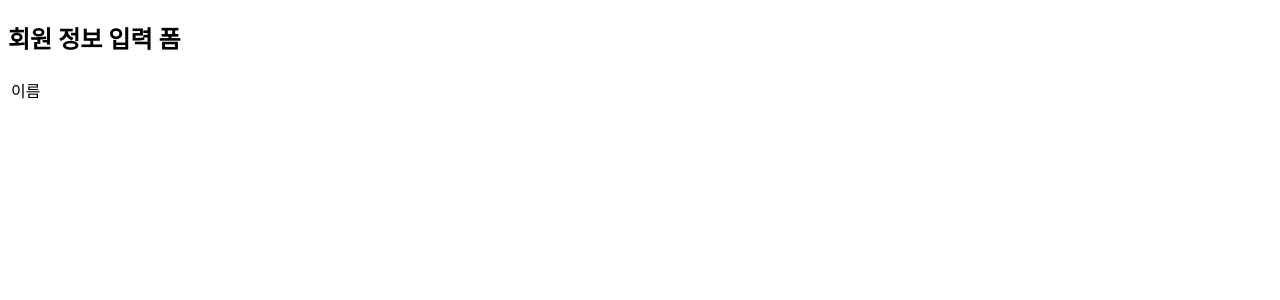
Repository: itrecipe/Web_ez
Page: http://localhost/jspCh06/03_addMemberForm.jsp
The author's editor kept a copy of each file at every save. The page is drawn from the files as they stood at one save, then again after the next save.
The browser window is 1280 px wide. The pictures show the whole page.
The page is served by Tomcat 9.

Above is the page before, as saved 2023-04-03 02:10:02.

After the next save:
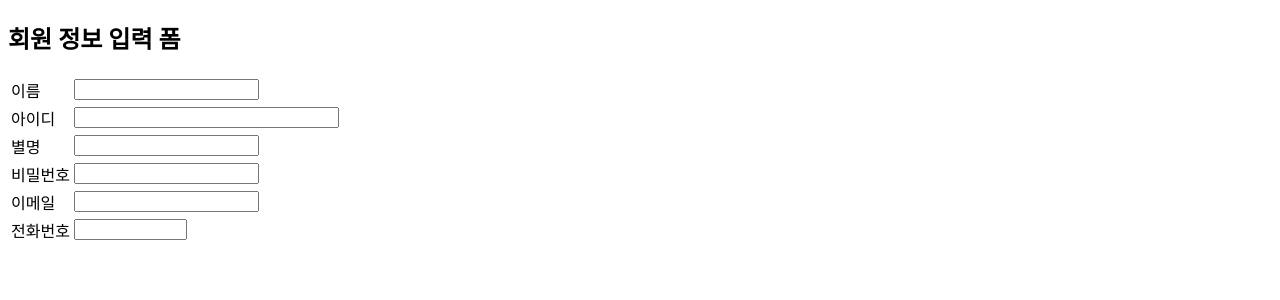
Saved 25 s later.
--- a/jspCh06/src/main/webapp/03_addMemberForm.jsp
+++ b/jspCh06/src/main/webapp/03_addMemberForm.jsp
@@ -13,27 +13,27 @@
 <table>
 	<tr>
 		<td>이름</td>
-		<td><input type="text" name="name" size="20></td>
+		<td><input type="text" name="name" size="20"></td>
 	</tr>
 	<tr>
 		<td>아이디</td>
-		<td><input type="text" name="userid" size="30></td>
+		<td><input type="text" name="userid" size="30"></td>
 	</tr>
 	<tr>
 		<td>별명</td>
-		<td><input type="text" name="nickname" size="20></td>
+		<td><input type="text" name="nickname" size="20"></td>
 	</tr>
 	<tr>
 		<td>비밀번호</td>
-		<td><input type="password" name="pwd" size="20></td>
+		<td><input type="password" name="pwd" size="20"></td>
 	</tr>
 	<tr>
 		<td>이메일</td>
-		<td><input type="text" name="email" size="20></td>
+		<td><input type="text" name="email" size="20"></td>
 	</tr>
 	<tr>
 		<td>전화번호</td>
-		<td><input type="text" name="name" size="20></td>
+		<td><input type="text" name="phone" size="11"></td>
 	</tr>
 </table>
 </form>
